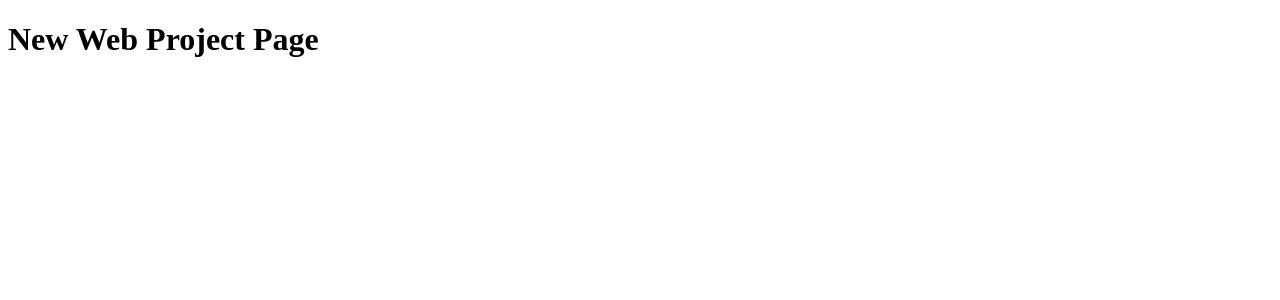
Repository: seantao97/publicProjects
Page: GuessTwoo/v8/Aptana Javascript/GuessTwooServer/views/reset_password.html
The author's editor kept a copy of each file at every save. The page is drawn from the files as they stood at one save, then again after the next save.
The browser window is 1280 px wide. The pictures show the whole page.

Above is the page before, as saved 2016-07-18 22:30:26.

### GuessTwoo/v8/Aptana Javascript/GuessTwooServer/views/reset_password.html
<!DOCTYPE HTML PUBLIC "-//W3C//DTD HTML 4.01 Transitional//EN"
"http://www.w3.org/TR/html4/loose.dtd">
<html xmlns="http://www.w3.org/1999/xhtml">
	<head>
		<meta http-equiv="Content-Type" content="text/html; charset=utf-8" />
		<title>New Web Project</title>
	</head>
	<body>
		<h1>New Web Project Page</h1>
	</body>
</html>

After the next save:
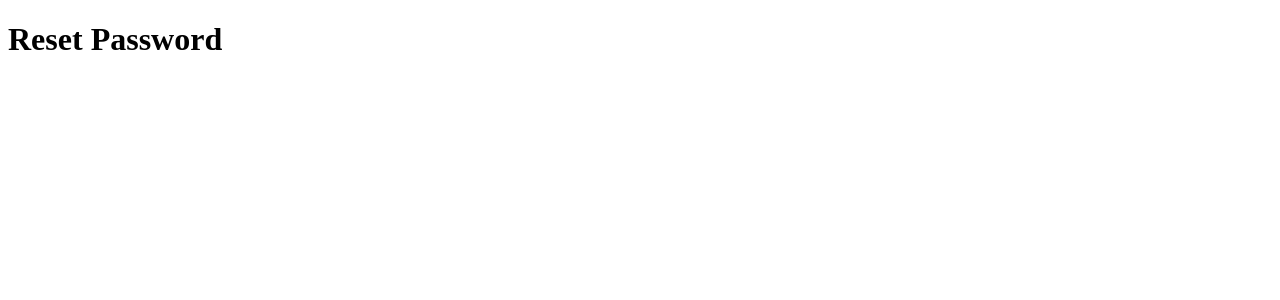
Saved 16 s later.
--- a/GuessTwoo/v8/Aptana Javascript/GuessTwooServer/views/reset_password.html
+++ b/GuessTwoo/v8/Aptana Javascript/GuessTwooServer/views/reset_password.html
@@ -3,9 +3,9 @@
 <html xmlns="http://www.w3.org/1999/xhtml">
 	<head>
 		<meta http-equiv="Content-Type" content="text/html; charset=utf-8" />
-		<title>New Web Project</title>
+		<title>Reset password</title>
 	</head>
 	<body>
-		<h1>New Web Project Page</h1>
+		<h1>Reset Password</h1>
 	</body>
 </html>
